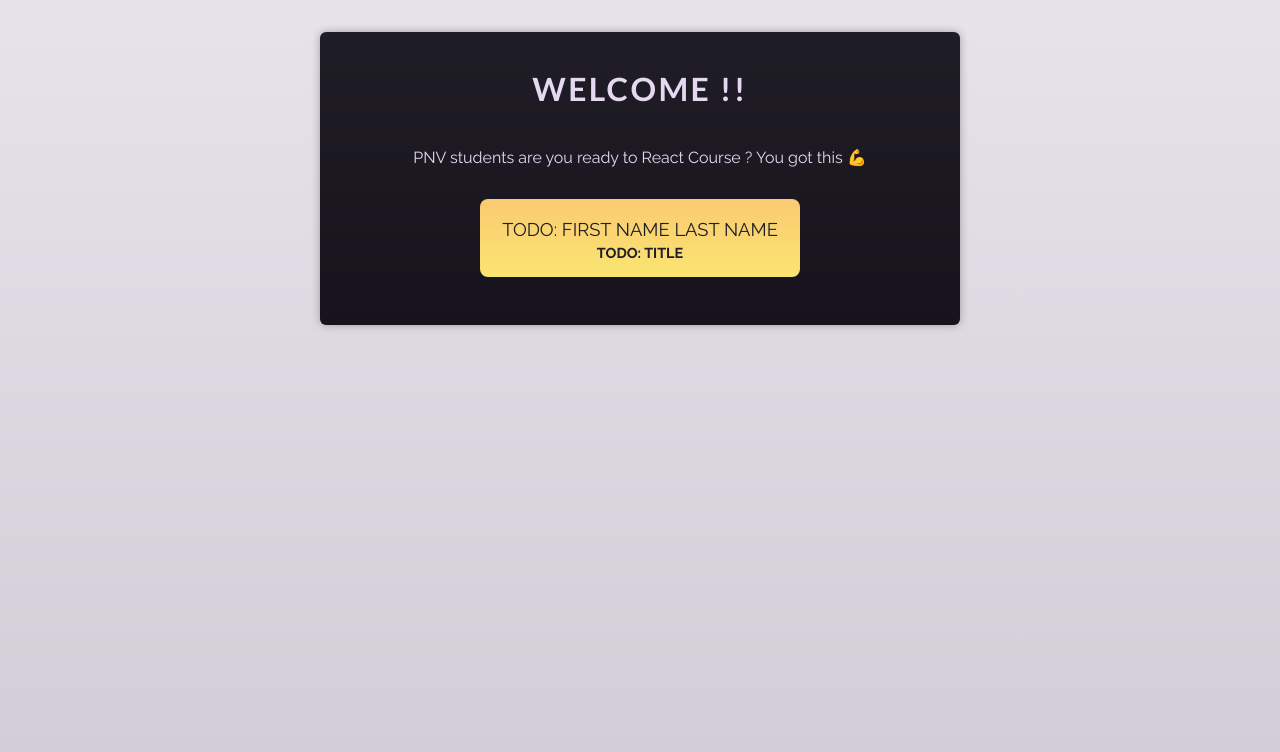
Repository: SoutPanhavon168/S2---PRACTICE---Props---List-display
Page: / (app in exercise-1/)
The author's editor kept a copy of each file at every save. The page is drawn from the files as they stood at one save, then again after the next save.
The browser window is 1280 px wide. The pictures show the whole page.
The project was rebuilt for these pictures with package versions that can differ from the ones it lists, and the page was loaded fresh each time. Also part of the build but not shown: exercise-1/vite.config.js.

Above is the page before, as saved 2025-02-27 13:56:06.

After the next save:
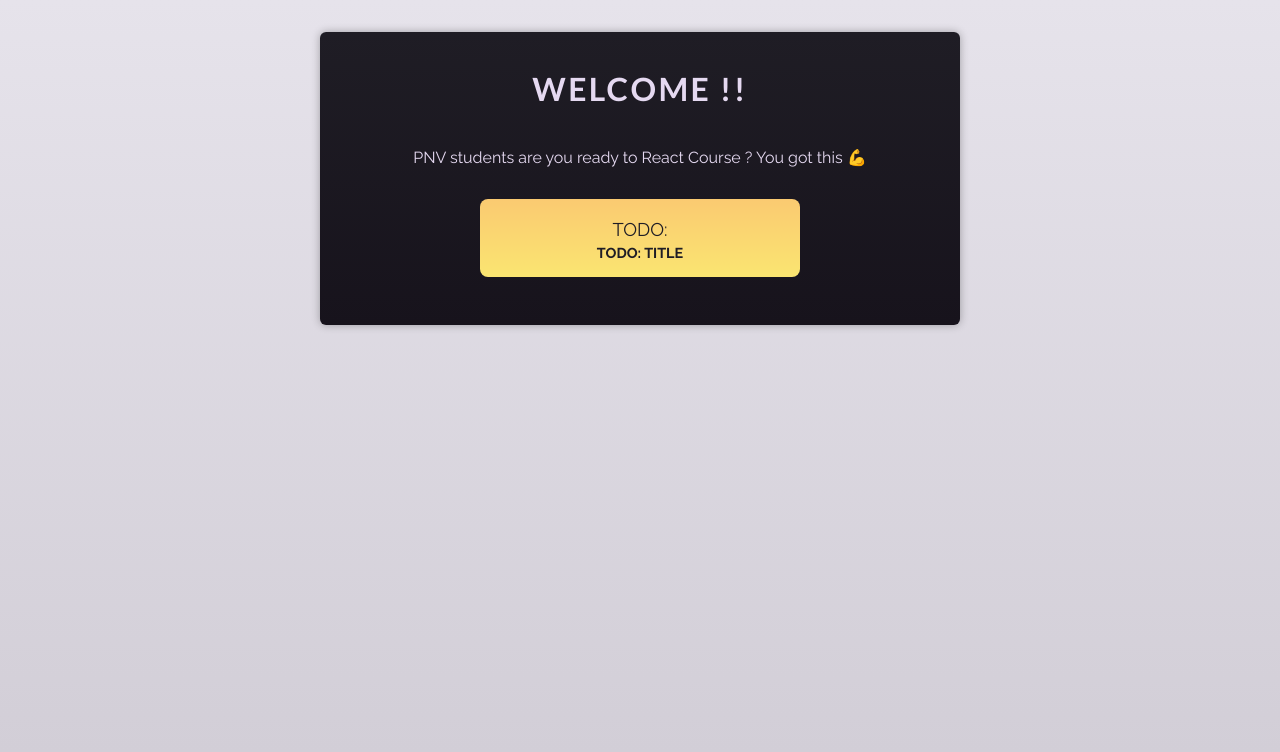
Saved 9 s later.
--- a/exercise-1/src/App.jsx
+++ b/exercise-1/src/App.jsx
@@ -10,7 +10,7 @@ export const userData = {
 export function User({firstName , lastName , title}) {
   return (
     <div id="user" data-testid="user">
-      <h2>TODO: FIRST NAME LAST NAME</h2>
+      <h2>TODO: {firstName} </h2>
       <p>TODO: TITLE</p>
     </div>
   );
